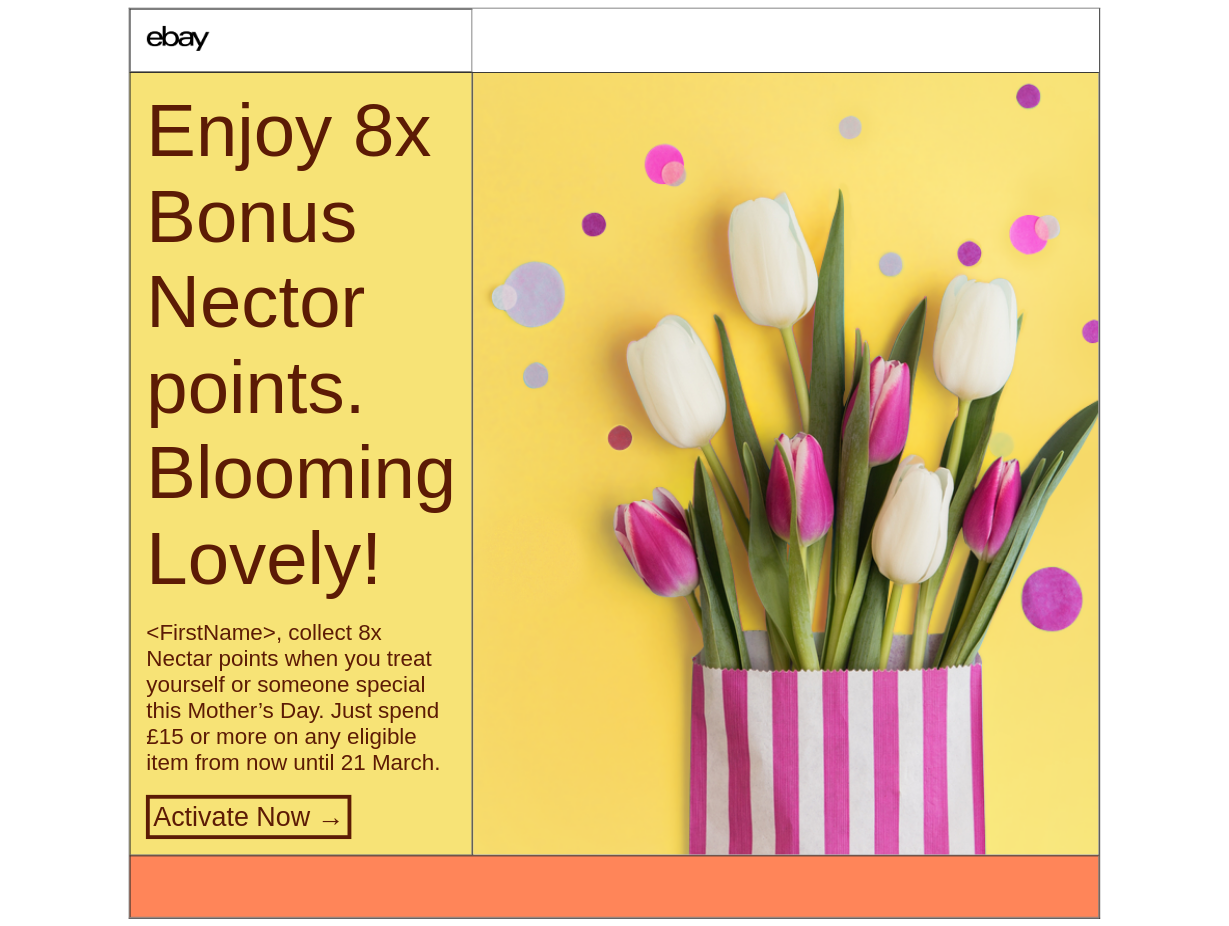
Repository: AnkurDevv/feed-dev-test
Page: index.html
An editor plug-in stored every save of this project. The page is shown before and after the next save, followed by the edit.
The browser window is 1280 px wide. The pictures show the whole page, at 96% of full size.

Above is the page before, as saved 2020-03-29 00:16:57.

### index.html
<!DOCTYPE html>
<!--[if lt IE 7]>      <html class="no-js lt-ie9 lt-ie8 lt-ie7"> <![endif]-->
<!--[if IE 7]>         <html class="no-js lt-ie9 lt-ie8"> <![endif]-->
<!--[if IE 8]>         <html class="no-js lt-ie9"> <![endif]-->
<!--[if gt IE 8]><!-->
<html>
<!--<![endif]-->

<head>
  <meta charset="utf-8">
  <meta http-equiv="X-UA-Compatible" content="IE=edge">
  <title></title>
  <meta name="description" content="">
  <meta name="viewport" content="width=device-width, initial-scale=1">
  <link rel="stylesheet" href="./style/index.css">
</head>

<body>
  <table border="1" cellpadding="0" cellspacing="0" height="100%" width="80%" id="bodyTable">

    <!-- HEADER ROW - START  -->
    <tr>
      <td>
        <table cellpadding="5" cellspacing="12" width="100%" align="left" border="0" id="EmailHeader">
          <tr>
            <td valign="middle" id="EmailHeading">
              <img src="img/logo.png" alt="ebay-logo" id="ebay-logo">
            </td>
          </tr>
        </table>
      </td>
    </tr>
    <!-- HEADER ROW - START  -->

    <!-- HERO BODY - START  -->
    <tr cellpadding="4" cellspacing="12" width="100%" border="1" id="HeroBodyWrapper">

      <!-- HERO CONTENT -START -->
      <td id="heroContentWrapper">
        <table cellpadding="4" cellspacing="12" width="100%" align="left" border="0" id="heroContent">
          <!-- HERO MAIN HEADLINE - START -->
          <tr>
            <td id="heroMainHeading">
              Enjoy 8x Bonus Nector points.</br>
              Blooming <br>
              Lovely!
            </td>
          </tr>
          <!-- HERO MAIN HEADLINE - END -->

          <!-- HERO SUB-HEADING - START -->
          <tr>
            <td id="heroSubHeading">
              &lt;FirstName&gt;, collect 8x </br> Nectar points when you treat yourself or someone special this Mother’s
              Day.
              Just
              spend £15 or more on any eligible item from now until 21 March.
            </td>
          </tr>
          <!-- HERO SUB-HEADING - END -->

          <!-- HERO CTA - START -->
          <tr>
            <td id="heroCTAContainer">
              <button id="heroCTA">
                Activate Now <strong>&rarr;</strong>
              </button>
            </td>
          </tr>
          <!-- HERO CTA - END -->

          <!-- HERO IMAGE AT 480PX - START -->
          <tr style="display: none;">
            <td>
              <!-- FOR SMALL SCREENS IMAGE WILL SHOW HERE -->
            </td>
          </tr>
          <!-- HERO IMAGE AT 480PX - END -->
        </table>
      </td>
      <!-- HERO CONTENT - END -->

      <!-- HERO SECTION IMAGE FOR DESKTOP - START -->
      <td id=HeroImageContainer" width="65%">
        <img src="img/HeroDesktopBg.png" alt="flower pot image" id="HeroDesktopBg">
      </td>
      <!-- HERO SECTION IMAGE FOR DESKTOP - END -->

      <!-- HERO BODY - END  -->

      <!-- HERO & EVERDAY ESSENTIALS DIVIDER - START -->
    <tr id="dividerContainer">
      <td id="divCol1" colspan="2"> </td>
    </tr>
    <!-- HERO & EVERDAY ESSENTIALS DIVIDER - END -->
  </table>

  <script src="" async defer></script>
</body>

</html>

### style/index.css
/* HEADER CSS - START */

#bodyTable{
  margin-left: 10%;
  margin-right: 10%;
}

#ebay-logo{
  width: 20%;
}
/* HEADER CSS - END */

/* HERO BODY CSS - START */
#heroContentWrapper{
  background-color: #f7e376;
}

#heroMainHeading{
  color: #5c1b05!important;
  font-size: 484%;
  font-family: sans-serif;
}

#heroSubHeading{
  color: #5c1b05!important;
  font-family: sans-serif;
  font-size: 146%;
}

#HeroImageContainer{
  padding: 0;
}

#HeroDesktopBg{
  width: 100%;
  height: 100%;
  display: block; /*otherwise it wont occupy the whole container*/
}

#heroCTA{
  border: 4px solid #5c1b05;
  color: #5c1b05;
  background: #f7e376;
  font-family: sans-serif;
  font-size: 175%;
  padding: 1%;
}
/* HERO BODY CSS - END */

/* HERO DIVIDER CSS - START */
#dividerContainer{
  height: 65px;
}

#divCol1{
  background-color: #ff8559;
}
#divCol2{
  background-color: #f7b100;
}
#divCol3{
  background-color: #fbcd25;
}
/* HERO DIVIDER CSS - END */

/* MAKING EMAIL RESPONSIVE CSS - START */

/* MAKING EMAIL RESPONSIVE CSS - END */

After the next save:
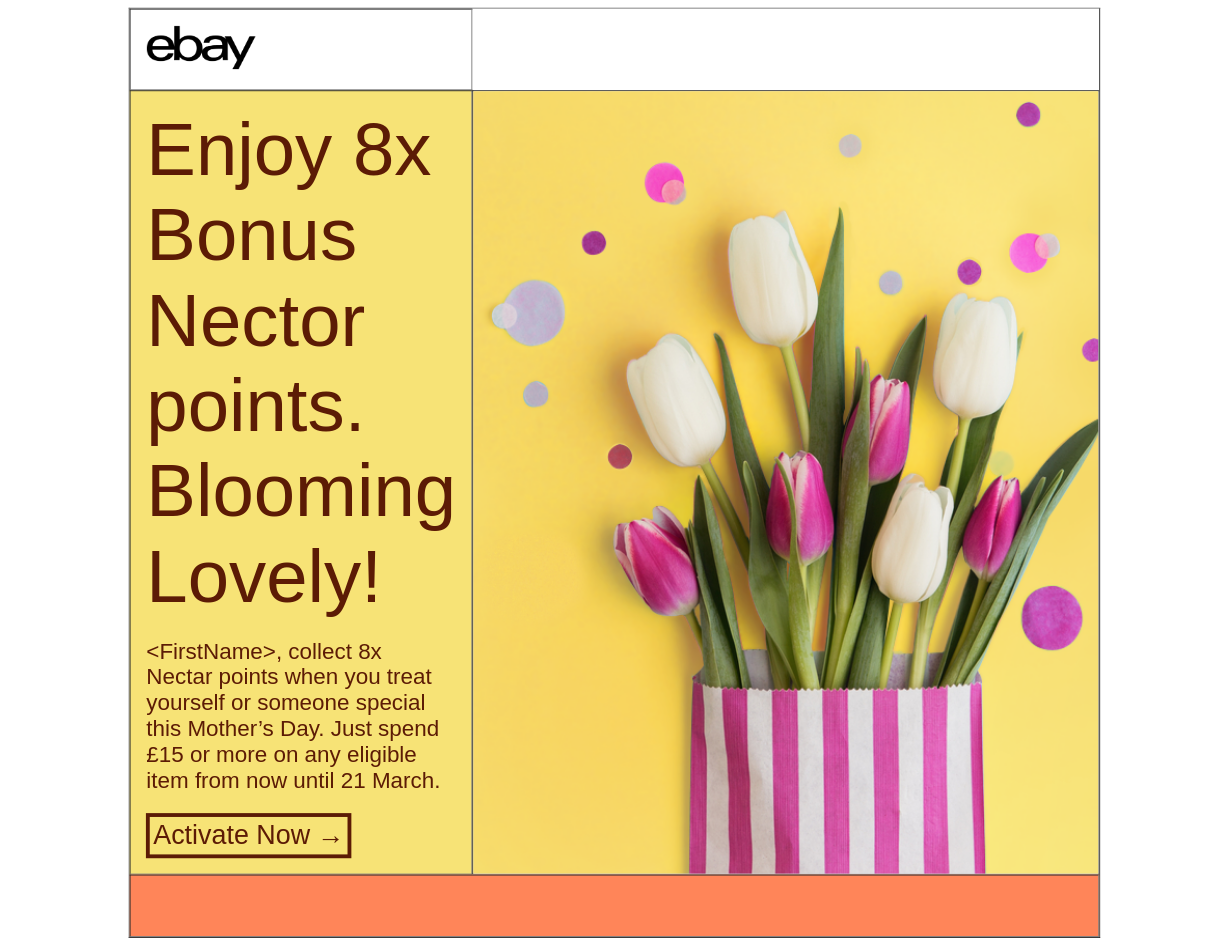
Saved 61 s later.
--- a/style/index.css
+++ b/style/index.css
@@ -6,7 +6,7 @@
 }
 
 #ebay-logo{
-  width: 20%;
+  width: 35%;
 }
 /* HEADER CSS - END */
 
